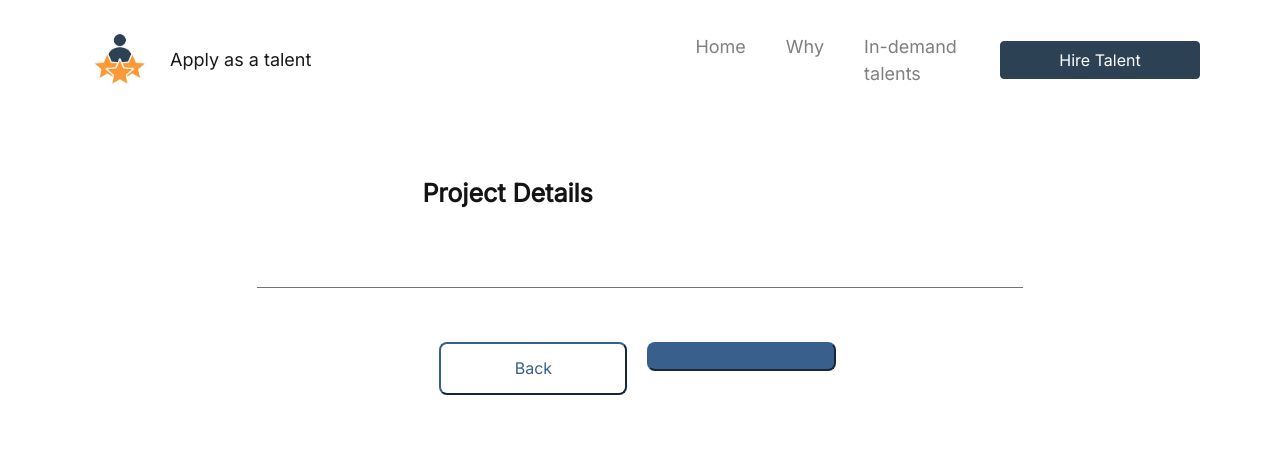
Repository: Ashwe9/talent-hire-reactJs
Page: /projectdetails
An editor plug-in stored every save of this project. The page is shown before and after the next save, followed by the edit.
The browser window is 1280 px wide. The pictures show the whole page.
The project was rebuilt for these pictures with package versions that can differ from the ones it lists, and the page was loaded fresh each time. Also part of the build but not shown: src/homePage/components/TrustedBy/TrustedBy.css, src/homePage/components/TrustedBy/TrustedBy.js, src/homePage/components/Roles/Roles.css, src/homePage/components/Roles/Roles.js, src/homePage/components/homePageFooter/HomePageFooter.css, src/homePage/components/homePageFooter/HomePageFooter.js, src/homePage/HomePage.js, src/kpisPage/Header.js and 5 more.

Above is the page before, as saved 2022-08-20 12:48:12.

### public/index.html
<!DOCTYPE html>
<html lang="en">
  <head>
    <meta charset="utf-8" />
    <link rel="icon" href="%PUBLIC_URL%/favicon.ico" />
    <meta name="viewport" content="width=device-width, initial-scale=1" />
    <meta name="theme-color" content="#000000" />
    <meta
      name="description"
      content="Web site created using create-react-app"
    />
    <link rel="apple-touch-icon" href="%PUBLIC_URL%/logo192.png" />
    <link rel="manifest" href="%PUBLIC_URL%/manifest.json" />
    <link rel="stylesheet" href="https://stackpath.bootstrapcdn.com/bootstrap/4.4.1/css/bootstrap.min.css" integrity="sha384-Vkoo8x4CGsO3+Hhxv8T/Q5PaXtkKtu6ug5TOeNV6gBiFeWPGFN9MuhOf23Q9Ifjh" crossorigin="anonymous">
    <link href='https://fonts.googleapis.com/css?family=Inter' rel='stylesheet'>

    <title>App</title>
  </head>
  <body>
    <noscript>You need to enable JavaScript to run this app.</noscript>
    <div id="root"></div>
    <script src="https://code.jquery.com/jquery-3.4.1.slim.min.js" integrity="sha384-J6qa4849blE2+poT4WnyKhv5vZF5SrPo0iEjwBvKU7imGFAV0wwj1yYfoRSJoZ+n" crossorigin="anonymous"></script>
    <script src="https://cdn.jsdelivr.net/npm/popper.js@1.16.0/dist/umd/popper.min.js" integrity="sha384-Q6E9RHvbIyZFJoft+2mJbHaEWldlvI9IOYy5n3zV9zzTtmI3UksdQRVvoxMfooAo" crossorigin="anonymous"></script>
    <script src="https://stackpath.bootstrapcdn.com/bootstrap/4.4.1/js/bootstrap.min.js" integrity="sha384-wfSDF2E50Y2D1uUdj0O3uMBJnjuUD4Ih7YwaYd1iqfktj0Uod8GCExl3Og8ifwB6" crossorigin="anonymous"></script>  </body>
</html>

### src/App.js
import React from 'react'
import { BrowserRouter as Router, Route, Routes, Navigate } from 'react-router-dom';
import { HomePage } from './homePage/HomePage';
import KPISPage from './kpisPage/KPISPage';
import ProjectDetails from './projectDetails/ProjectDetails';

function App() {
  return (
    <Router>
      <Routes>
        <Route exact path="/" element={<HomePage />} />
        <Route exact path="/kpis" element={<KPISPage />} />
        <Route exact path="/projectdetails" element={<ProjectDetails />} />
        <Route exact path="*" element={<Navigate to="/" replace />}/>
      </Routes>
    </Router>
  );
}

export default App;

### src/projectDetails/ProjectDetails.js

import React from 'react'
import { Footer } from '../shared-components/Footer/Footer'
import { Navbar } from '../shared-components/Navbar/Navbar'
import Header from './Header'

const ProjectDetails = () => {
  return (
    <div>
      <Navbar />
      <Header />
      <Footer />
    </div>
  )
}

export default ProjectDetails

### src/shared-components/Navbar/Navbar.js
import React from 'react'
import './Navbar.css'
import { Navigate, useNavigate } from 'react-router-dom'

export const Navbar = () => {
  let navigate = useNavigate();

  return (
    <nav className="navbar navbar-expand-lg navbar-light">
      <img src= {require('../../assets/icon.png')} className="icon"/>
      <a className="navbar-brand title" href="#">Apply as a talent</a>
      <button className="navbar-toggler" type="button" data-toggle="collapse" data-target="#navbarText" aria-controls="navbarText" aria-expanded="false" aria-label="Toggle navigation">
        <span className="navbar-toggler-icon"></span>
      </button>
      <div className="collapse navbar-collapse" id="navbarText">
        <ul className="navbar-nav mr-auto">
          <li className="nav-item">
            <a className="nav-link" href="" onClick={() => {
                navigate('/', { replace: true });
              } }>Home</a>
          </li>

          <li className="nav-item">
            <a className="nav-link" href="#">Why</a>
          </li>
          <li className="nav-item">
            <a className="nav-link" href="#">In-demand talents</a>
          </li>
        </ul>
        <span className="navbar-text">
          <button className='btn btn-dark navbar-btn'>Hire Talent</button>
        </span>
      </div>
    </nav>
  )
}

### src/shared-components/Footer/Footer.js
import React from 'react'
import './Footer.css'
import { useNavigate  } from 'react-router-dom'


export  const Footer = ({nextTitle, nextPath, previousPath}) => {

  let navigate = useNavigate();

  const goNext = () => {
    let path =  nextPath;
    navigate(path);
  };
  const goBack = () => {
    let path =  previousPath;
    navigate(path);
  };

  return (
      <footer>
        <div className='Footer-box'>
            <hr id="footer-line"/>
            <div className='buttons'>
              <button className='Footer-button-back'
              onClick={goBack}
                >Back</button>

              <button className='Footer-button-next'
              onClick={goNext}
                >{nextTitle}</button>
        </div>
        </div>
      </footer>
    )
  }

### src/projectDetails/Header.js
import React from 'react'
import './Header.css'


const Header = () => {
  return (
    <div className='header-box'>
        <p className='header-by-title'>
            Project Details
        </p>
    </div>
  )
}

export default Header

### src/shared-components/Navbar/Navbar.css
.icon{
    width: 80px;
}

.title{
    font-family: "Inter";
    font-style: normal;
    font-weight: 500;
    font-size: 18px;
    line-height: 28px;
    align-items: center;
    color: #444444;
    padding-left: 10px;
}

#navbarText{
    margin-left: 30%;
}
.navbar-items{
    margin: 0 35%;

}

.nav-item{
    font-family: "Inter";
    font-style: normal;
    font-weight: 500;
    font-size: 18px;
    align-items: center;
    color: #444444;
    padding-left: 24px;
}

.navbar-btn{
    font-family: "Inter";
    font-style: bold;
    background: #2c4154;
    /* padding: 5px 50px; */
    border-color: #2c4154;
    width: 200px;
}

.navbar{
    margin: 10px 5%;
}

@media only screen and (max-width: 600px) {
    body {
      background-color: lightblue;
    }
  }

### src/kpisPage/Header.css
.header-box{
    margin: 30px 30%;
    padding: 3%;
    padding-bottom: 0%;
    align-items: center;
    width: 35%;
}

.header-by-title{
    font-family: "Inter";
    font-style: bolder;
    font-weight: 700;
    font-size: 25px;
    line-height: 30px;
    align-items: center;
    color: #141414;
}


@media only screen and (max-width: 700px) {

    .header-by-title{
        font-size: 16px;
    }

    .header-box{
        margin-left: 40px;
        width: 100%;
    }
  }
@media only screen and (max-width: 450px) {
    .header-by-title{
        font-size: 13px;
    }
    .header-box{
        margin-left: 70px;
        width: 100%;
    }
}

### src/shared-components/Footer/Footer.css
#footer-line{
    background-color: gray;
    width: 61%;
}

.Footer-box{
    margin-top: 50px;
    padding: 1%;
}

.buttons{
    display: flex;
}

.Footer-button-back{
    margin-top: 3%;
    /* margin-left: 30%; */
    font-family: "Inter";
    font-style: normal;
    padding: 1% 1%;
    background-color: white;
    border-color: #395f8c;
    color: #395f8c;
    height: 10%;
    width: 15%;
    border-radius: 0.5rem;
    margin-left: 34%;
    margin-bottom: 10%;
}
.Footer-button-next{
    margin-top: 3%;
    /* margin-left: 30%; */
    font-family: "Inter";
    background: #395f8c;
    border-color: #395f8c;
    padding: 1% 1%;
    height: 10%;
    width: 15%;
    border-radius: 0.5rem;
    margin-bottom: 10%;
    margin-left: 20px;
    color: white;
}

@media only screen and (max-width: 700px) {
    #footer-line{
        background-color: gray;
        width: 80%;
    }
    .Footer-button-next{
        padding: 2% ;
        height: 10%;
        width: fit-content;
        margin-left: 5%;
        font-size: 12px;
    }
    .Footer-button-back{
        padding: 2% ;
        height: 10%;
        width: 20%;
        margin-left: 20%;
        font-size: 12px;
    }
}

### src/projectDetails/Header.css
.header-box{
    margin: 30px 30%;
    padding: 3%;
    padding-bottom: 0%;
    align-items: center;
    width: 35%;
}

.header-by-title{
    font-family: "Inter";
    font-style: bolder;
    font-weight: 900;
    font-size: 25px;
    line-height: 30px;
    align-items: center;
    color: #141414;
}


@media only screen and (max-width: 700px) {

    .header-by-title{
        font-size: 16px;
    }

    .header-box{
        margin-left: 40px;
        width: 100%;
    }
  }
@media only screen and (max-width: 450px) {
    .header-by-title{
        font-size: 13px;
    }
    .header-box{
        margin-left: 70px;
        width: 100%;
    }
}

Loaded but not shown: src/index.js (common file); src/reportWebVitals.js (common file); src/index.css (no stored copy; drawn as an empty file); src/kpisPage/KPISPage.css (no stored copy; drawn as an empty file)

After the next save:
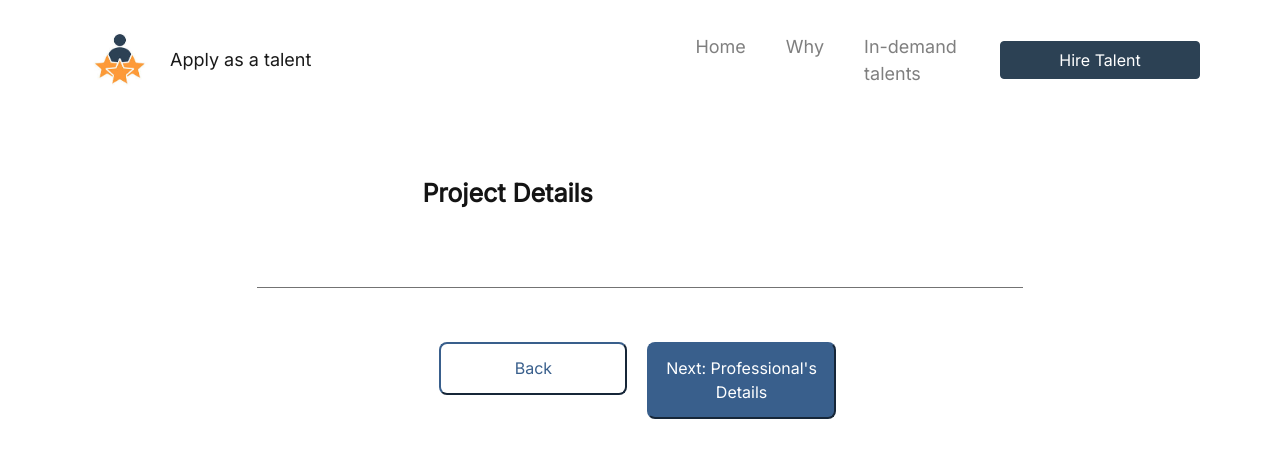
Saved 47 s later.
--- a/src/projectDetails/ProjectDetails.js
+++ b/src/projectDetails/ProjectDetails.js
@@ -9,7 +9,7 @@ const ProjectDetails = () => {
     <div>
       <Navbar />
       <Header />
-      <Footer />
+      <Footer nextTitle="Next: Professional's Details" nextPath="/projectdetails" previousPath="/kpis"/>
     </div>
   )
 }
